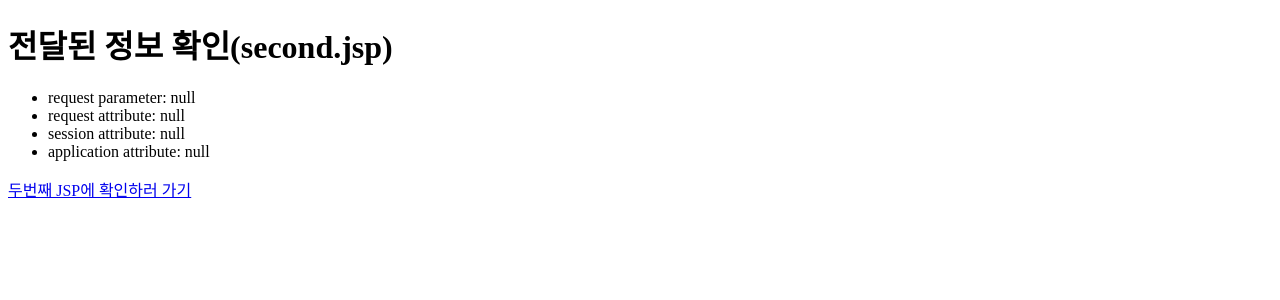
Repository: bgmun01/woorifisa_java
Page: http://localhost/web_day3/session/second.jsp
These files come from the project's save history. The page is drawn as it stood at one moment and after the next save; the edit follows.
The browser window is 1280 px wide. The pictures show the whole page.
The page is served by Tomcat 9. Nobody is signed in. The application's start-up code is not run. The template is opened directly, without the code that normally fills it, so the values that code supplies are empty.

Above is the page before, as saved 2023-06-19 01:00:07.

After the next save:
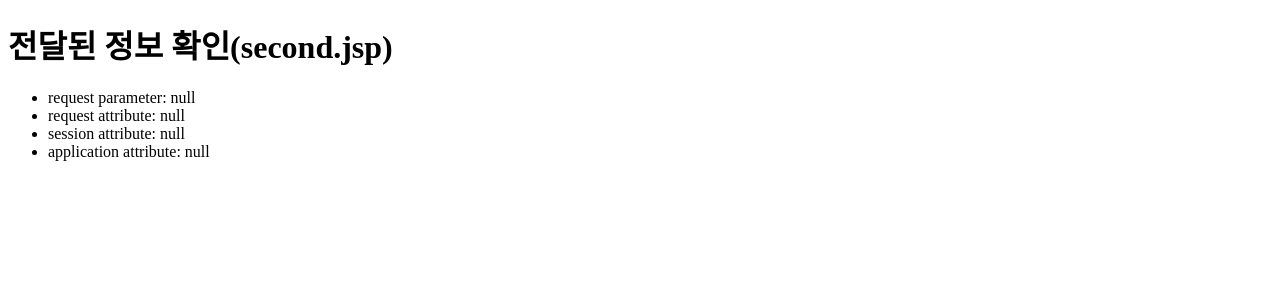
Saved 14 min 58 s later.
--- a/web_day3/src/main/webapp/session/second.jsp
+++ b/web_day3/src/main/webapp/session/second.jsp
@@ -16,6 +16,5 @@
 
 	</ul>
 
-	<a href="/web_day3/"> 두번째 JSP에 확인하러 가기</a>
 </body>
 </html>
